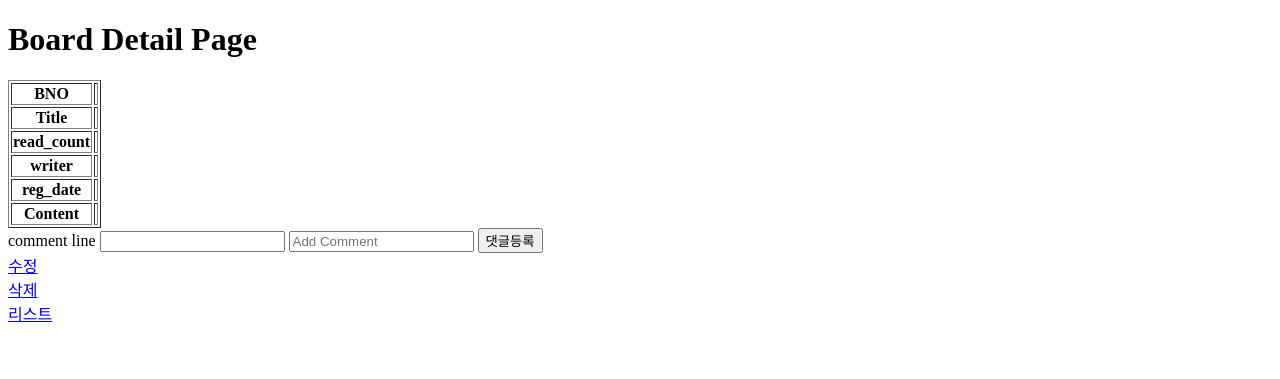
Repository: dhalfks/java2022_09_03
Page: http://localhost/project/board/detail.jsp
An editor plug-in stored every save of this project. The page is shown before and after the next save, followed by the edit.
The browser window is 1280 px wide. The pictures show the whole page.
The page is served by Tomcat 9. Nobody is signed in. The application's start-up code is not run. Other server files are loaded and not shown. The template is opened directly, without the code that normally fills it, so the values that code supplies are empty.

Above is the page before, as saved 2022-12-02 08:42:59.

### JSP_Board&Member (2)/project/src/main/webapp/board/detail.jsp
<%@ page language="java" contentType="text/html; charset=UTF-8"
    pageEncoding="UTF-8"%>
<%@ taglib uri="http://java.sun.com/jsp/jstl/core" prefix="c" %>
<!DOCTYPE html>
<html>
<head>
<meta charset="UTF-8">
<title>Insert title here</title>
</head>
<body>
<h1>Board Detail Page</h1>
<table border="1">
	<tr>
		<th>BNO</th>
		<td>${bvo.bno }</td>
	</tr>
	<tr>
		<th>Title</th>
		<td>${bvo.title }</td>
	</tr>
	<tr>
		<th>read_count</th>
		<td>${bvo.read_count }</td>
	</tr>
	<tr>
		<th>writer</th>
		<td>${bvo.writer }</td>
	</tr>
	<tr>
		<th>reg_date</th>
		<td>${bvo.reg_date }</td>
	</tr>
	<tr>
		<th>Content</th>
		<td>${bvo.content }</td>
	</tr>
</table>
<div>
	comment line
		<input type="text"  id="cmtWriter" value="${ses.email }" readonly="readonly">
		<input type="text"  id="cmtText" placeholder="Add Comment">
		<button type="button" id="cmtAddBtn">댓글등록</button>

</div>
<c:if test="${ses.email eq bvo.writer }">
<a href="/brd/modify?bno=${bvo.bno }">수정</a><br>
<a href="/brd/remove?bno=${bvo.bno }">삭제</a><br>
</c:if>
<a href="/brd/pageList">리스트</a><br>
<script type="text/javascript">
const bnoVal = '<c:out value="${bvo.bno}"/>';
</script>
<script src="/resources/board_detail.js"></script>
</body>
</html>

### JSP_Board&Member (2)/project/src/main/webapp/resources/board_detail.js
function printCommentList(bno){

}

async function postCommentToServer(cmtData){
	try{
		const url ="/cmt/post";
		const config={
			method:'post',
			headers:{
				'Content-Type':'application/json; charset=utf-8'
			},
			body: JSON.stringify(cmtData)
		};
		const resp = await fetch(url, config);
		const result = await resp.text();
		return result;
	}catch(error){
		console.log(error);
	}
}

document.getElementById('cmtAddBtn').addEventListener('click',()=>{
	const cmtText = document.getElementById('cmtText').value;
	if(cmtText == null || cmtText==''){
		alert('댓글을 입력해주세요.');
		return false;
	}else{
		let cmtData = {
			bno : bnoVal,
			writer : document.getElementById('cmtWriter').value,
			content : cmtText
		};
		postCommentToServer(cmtData).then(result => {
			if(result > 0){
				alert("댓글등록 성공!!!");
				document.getElementById('cmtText').value = "";
			}
			printCommentList(cmtData.bno);
		})
	}

})

After the next save:
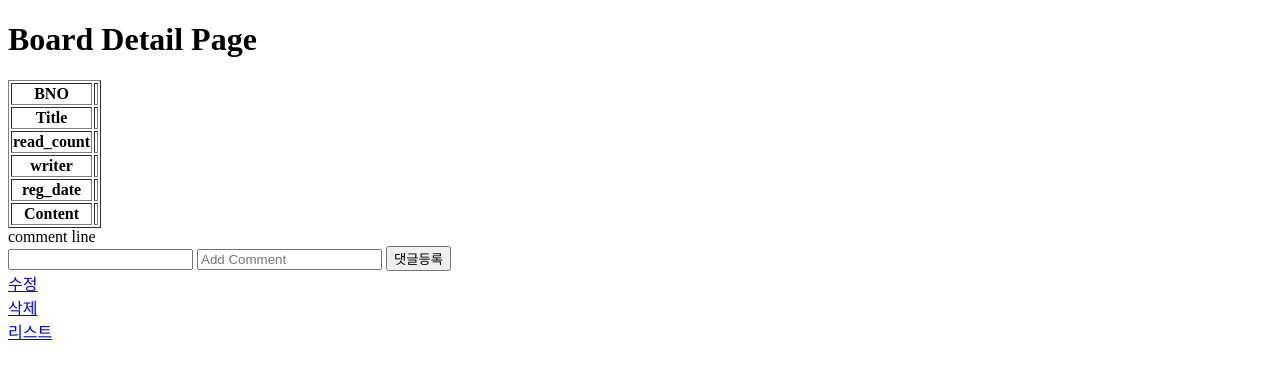
Saved 75 s later.
--- a/JSP_Board&Member (2)/project/src/main/webapp/board/detail.jsp
+++ b/JSP_Board&Member (2)/project/src/main/webapp/board/detail.jsp
@@ -36,7 +36,7 @@
 	</tr>
 </table>
 <div>
-	comment line
+	comment line<br>
 		<input type="text"  id="cmtWriter" value="${ses.email }" readonly="readonly">
 		<input type="text"  id="cmtText" placeholder="Add Comment">
 		<button type="button" id="cmtAddBtn">댓글등록</button>
